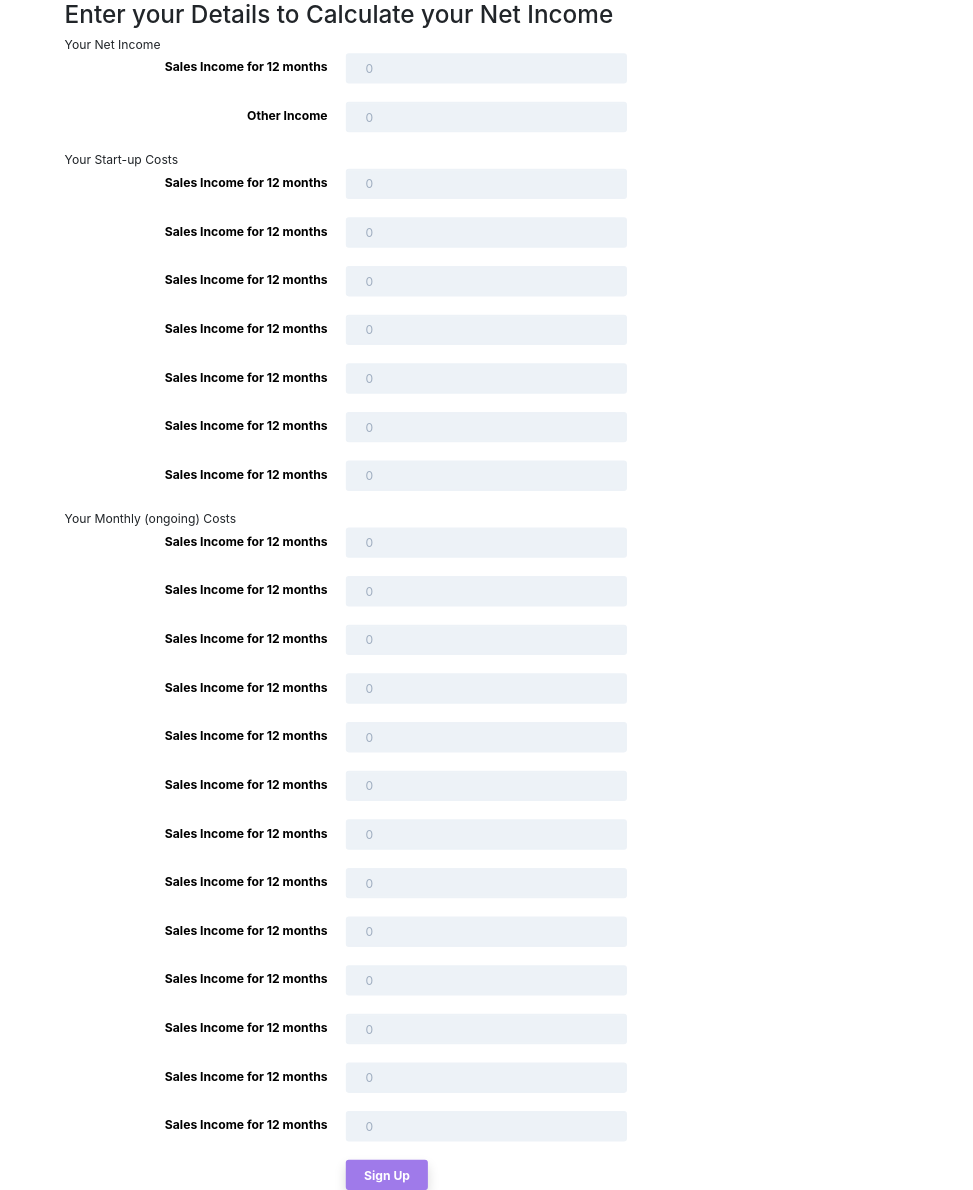
Repository: latenightsnacc/Financial-Forecast
Page: financial-forecast.html
These files come from the project's save history. The page is drawn as it stood at one moment and after the next save; the edit follows.
The browser window is 1280 px wide. The pictures show the whole page, at 76% of full size.

Above is the page before, as saved 2020-11-15 12:02:47.

After the next save:
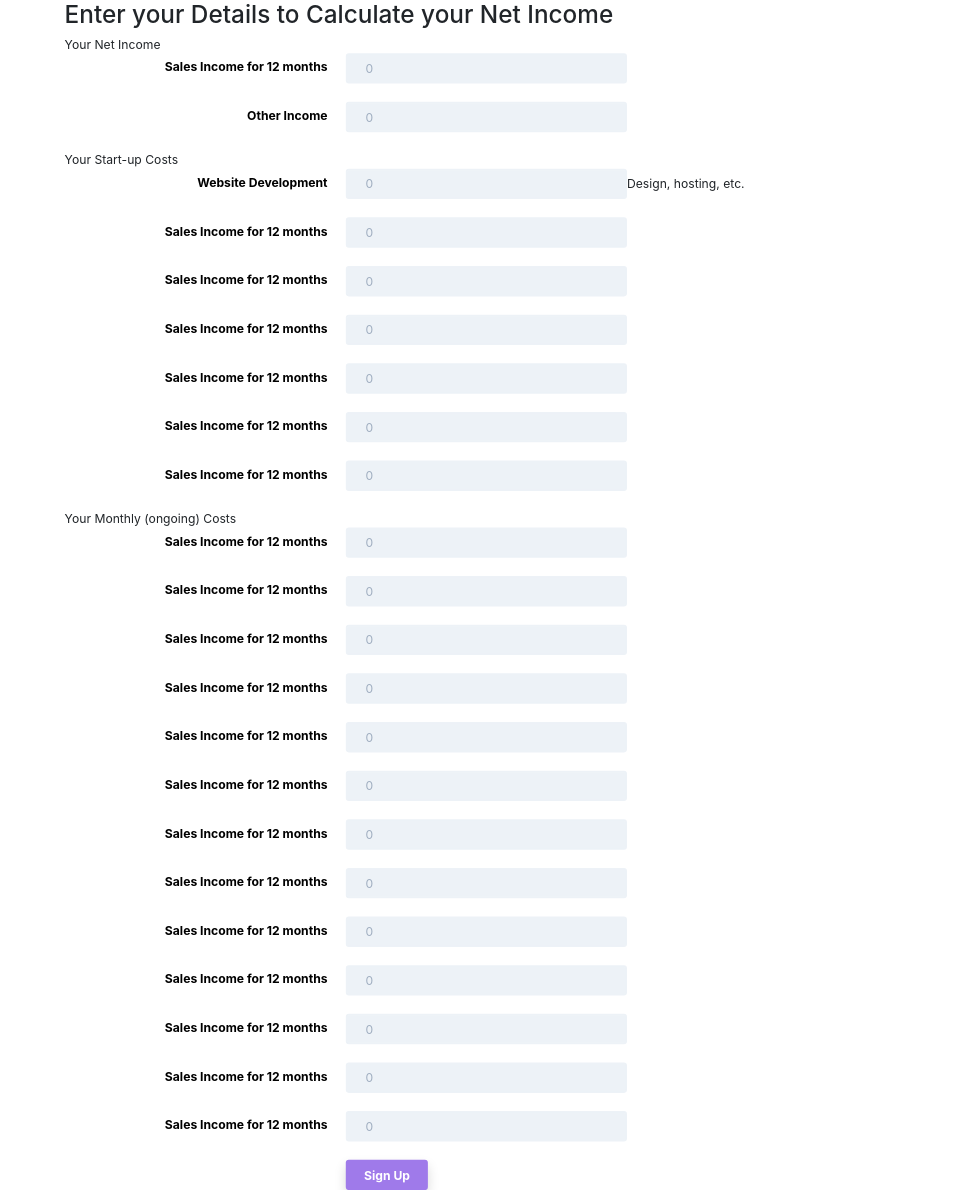
Saved 73 min 42 s later.
--- a/financial-forecast.html
+++ b/financial-forecast.html
@@ -53,12 +53,13 @@
                 <div class="md:flex md:items-center mb-6">
                     <div class="md:w-1/3">
                         <label class="block text-black font-bold md:text-right mb-1 md:mb-0 pr-4" for="inline-full-name" placeholder="0">
-                            Sales Income for 12 months
-                        </label>
-                    </div>
-                    <div class="md:w-1/3">
-                        <input class="bg-gray-200 appearance-none border-2 border-gray-200 rounded w-full py-2 px-4 text-gray-700 leading-tight focus:outline-none focus:bg-white focus:border-grey-500" id="inline-full-name" type="text" placeholder="0">
-                    </div>
+                            Website Development
+                        </label>
+                    </div>
+                    <div class="md:w-1/3">
+                        <input class="bg-gray-200 appearance-none border-2 border-gray-200 rounded w-full py-2 px-4 text-gray-700 leading-tight focus:outline-none focus:bg-white focus:border-grey-500" id="inline-full-name" type="text" placeholder="0">
+                    </div>
+                    <span class="eg">Design, hosting, etc.</span>
                 </div>
                 <!--Website Development-->
                 <div class="md:flex md:items-center mb-6">
